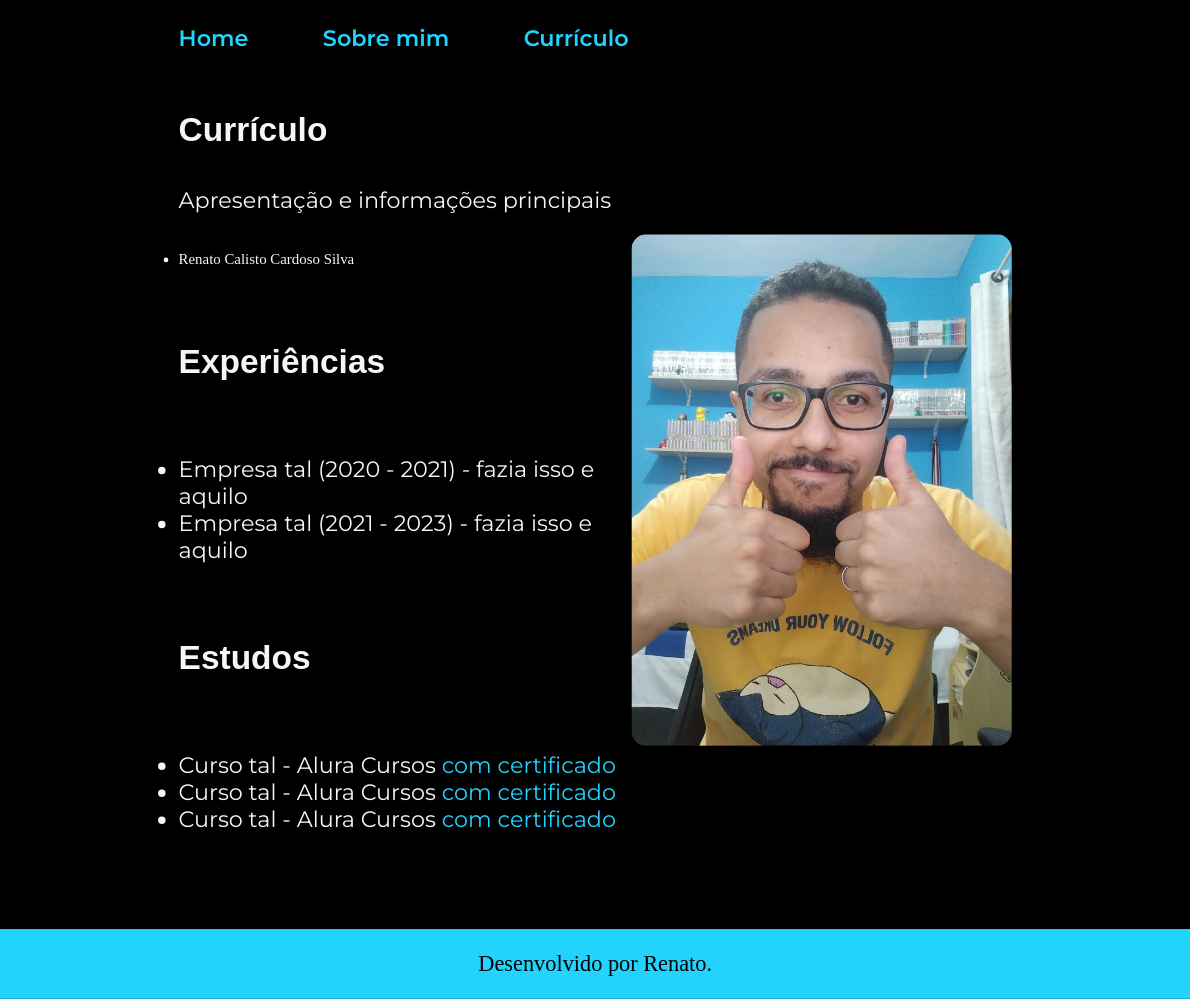
Repository: RenatoCCS/Portfolio_Alura
Page: curriculo.html
These files come from the project's save history. The page is drawn as it stood at one moment and after the next save; the edit follows.
The browser window is 1280 px wide. The pictures show the whole page, at 93% of full size.
Some web fonts or font styles are not loaded; a fallback is used.

Above is the page before, as saved 2023-03-06 20:12:58.

### curriculo.html
<!DOCTYPE html>
<html lang="pt-br">
  <head>
    <meta charset="UTF-8" />
    <meta http-equiv="X-UA-Compatible" content="IE=edge" />
    <meta name="viewport" content="width=device-width, initial-scale=1.0" />
    <title>Currículo</title>
    <link rel="stylesheet" href="./styles/style.css" />
  </head>

  <body>
    <header class="cabecalho">
      <nav class="cabecalho__menu">
        <a class="cabecalho__menu__link" href="index.html">Home</a>
        <a class="cabecalho__menu__link" href="about.html">Sobre mim</a>
        <a class="cabecalho__menu__link" href="curriculo.html">Currículo</a>
      </nav>
    </header>

    <main class="apresentacao">
      <section class="apresentacao__conteudo">
          <h1 class="apresentacao__conteudo__titulo">Currículo</h1>
          <p class="apresentacao__conteudo__texto">
              Apresentação e informações principais
              <ul>
                <li>Renato Calisto Cardoso Silva</li>
              </ul>
          </p>
          <h2 class="apresentacao__conteudo__titulo">Experiências</h2>
          <p class="apresentacao__conteudo__texto">
          <ul class="apresentacao__conteudo__texto">
              <li> Empresa tal (2020 - 2021) - fazia isso e aquilo </li>
              <li> Empresa tal (2021 - 2023) - fazia isso e aquilo </li>
          </ul>
          </p>
          <h2 class="apresentacao__conteudo__titulo">Estudos</h2>
          <p class="apresentacao__conteudo__texto">
          <ul class="apresentacao__conteudo__texto">
              <li>Curso tal - Alura Cursos <a href="linkdocertificado">com certificado</a> </li>
              <li>Curso tal - Alura Cursos <a href="linkdocertificado">com certificado</a></li>
              <li>Curso tal - Alura Cursos <a href="linkdocertificado">com certificado</a></li>
          </ul>
          </p>
      </section>
      <img class="apresentacao__foto"
      src="./assets/renato.jpg" alt="Foto da Joana Santos programando">
  </main>

    <footer class="rodape"><p>Desenvolvido por Renato.</p></footer>
  </body>
</html>

### styles/style.css
@import url('https://fonts.googleapis.com/css2?family=Krona+One&family=Montserrat:wght@400;600&display=swap');

* {
  margin: 0;
  padding: 0;
}

body {
  /* height: 100vh; */
  box-sizing: border-box;
  background-color: #000000;
  color: #f6f6f6;
}

.cabecalho {
  padding: 2% 0% 0% 15%;
}

.cabecalho__menu {
  display: flex;
  gap: 80px;
}

.cabecalho__menu__link {
  font-family: 'Montserrat', sans-serif;
  font-size: 24px;
  font-weight: 600;
  color: #22d4fd;
  text-decoration: none;
}

.apresentacao {
  padding: 5% 15%;
  display: flex;
  align-items: center;
  justify-content: space-between;
}

.apresentacao__conteudo {
  width: 615px;
  display: flex;
  flex-direction: column;
  gap: 40px;
}

.apresentacao__conteudo__titulo {
  font-size: 36px;
  font-family: 'Krona One', sans-serif;
}

.titulo-destaque {
  color: #22d4fd;
}

.apresentacao__conteudo__texto {
  font-size: 24px;
  font-family: 'Montserrat', sans-serif;
}

.apresentacao__conteudo__texto a {
  text-decoration: none;
  color: #22d4fd;
}

.apresentacao__links {
  display: flex;
  flex-direction: column;
  justify-content: space-between;
  align-items: center;
  gap: 32px;
}

.apresentacao__links__subtitulo {
  font-family: 'Krona One', sans-serif;
  font-weight: 400;
  font-size: 24px;
}

.apresentacao__links__link {
  /* background-color: #22d4fd; foi trocado o estilo*/
  display: flex;
  justify-content: center;
  gap: 16px;
  border: 2px solid #22d4fd;
  width: 378px;
  text-align: center;
  border-radius: 8px;
  font-size: 24px;
  font-weight: 600;
  padding: 21.5px 0;
  text-decoration: none;
  color: #f6f6f6;
  font-family: 'Montserrat', sans-serif;
}

.apresentacao__links__link:hover {
  background-color: #272727;
}

/*Utilizei minha foto e fui adaptando de acordo com o tamanho da outra foto*/
.apresentacao__foto {
  height: 550px;
  width: 490px;
  left: 1032px;
  top: 253px;
  border-radius: 16px;
}

.rodape {
  padding: 24px;
  color: #000000;
  background-color: #22d4fd;
  text-align: center;
  font-family: 'Montserrat' sans-serif;
  font-size: 24px;
  font-weight: 400;
}

After the next save:
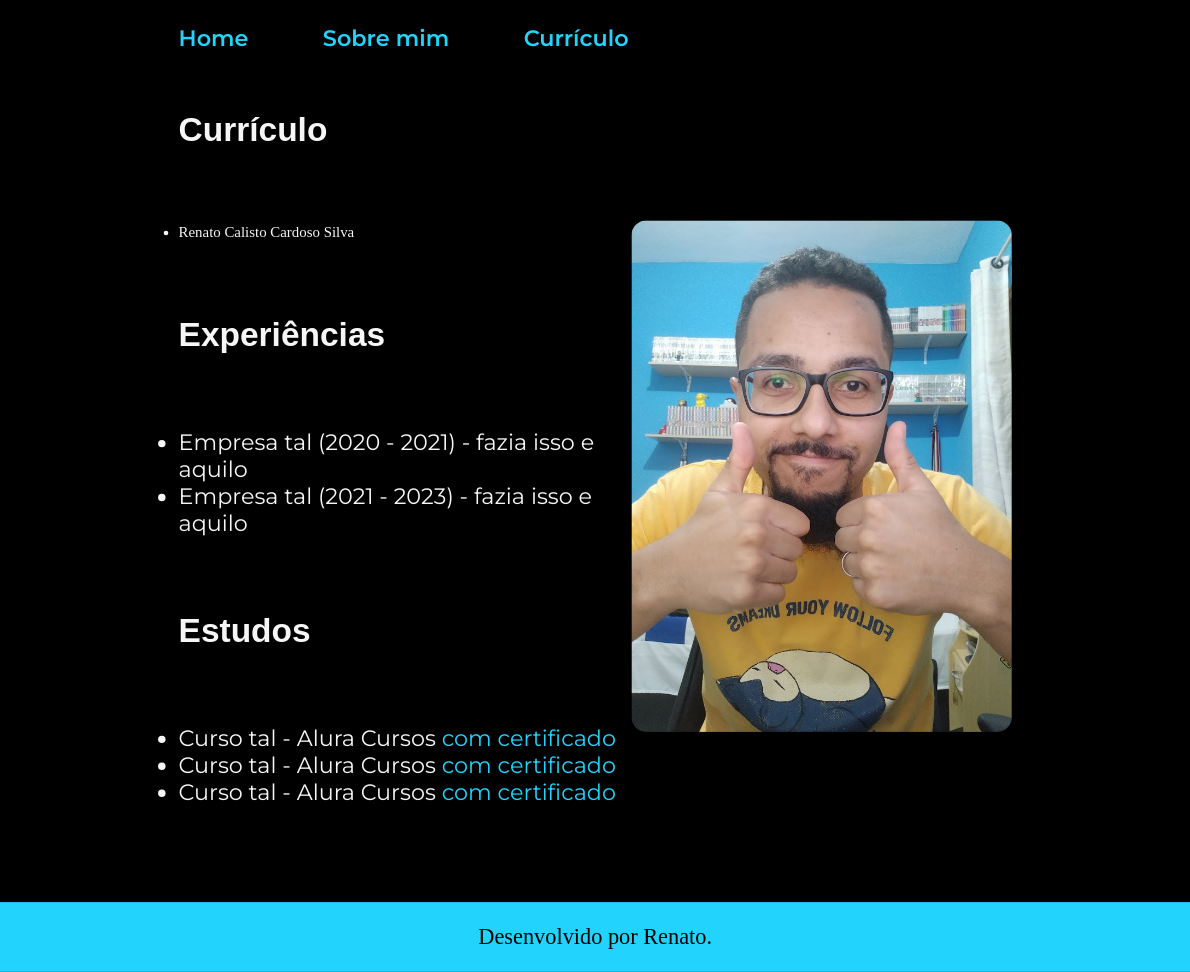
Saved 94 s later.
--- a/curriculo.html
+++ b/curriculo.html
@@ -21,7 +21,6 @@
       <section class="apresentacao__conteudo">
           <h1 class="apresentacao__conteudo__titulo">Currículo</h1>
           <p class="apresentacao__conteudo__texto">
-              Apresentação e informações principais
               <ul>
                 <li>Renato Calisto Cardoso Silva</li>
               </ul>
